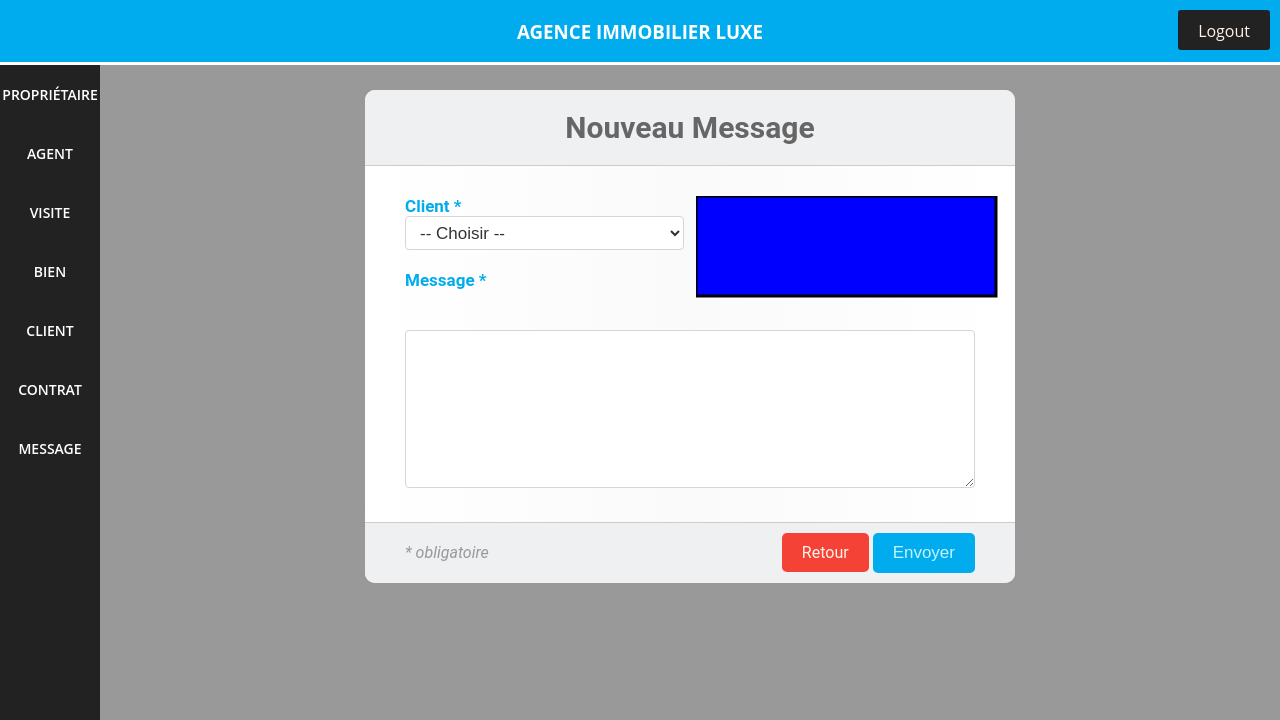
Repository: hassen-mnejja/Real_Estate_Agency_Website
Page: http://localhost/backoffice/WEB-INF/messageecrire.jsp
These files come from the project's save history. The page is drawn as it stood at one moment and after the next save; the edit follows.
The browser window is 1280 px wide. The pictures show the whole page.
Some icons come from a web library that is not loaded, so they are not drawn. The page is served by Tomcat 9. Nobody is signed in. The template is opened directly, without the code that normally fills it, so the values that code supplies are empty.

Above is the page before, as saved 2020-06-24 10:45:20.

After the next save:
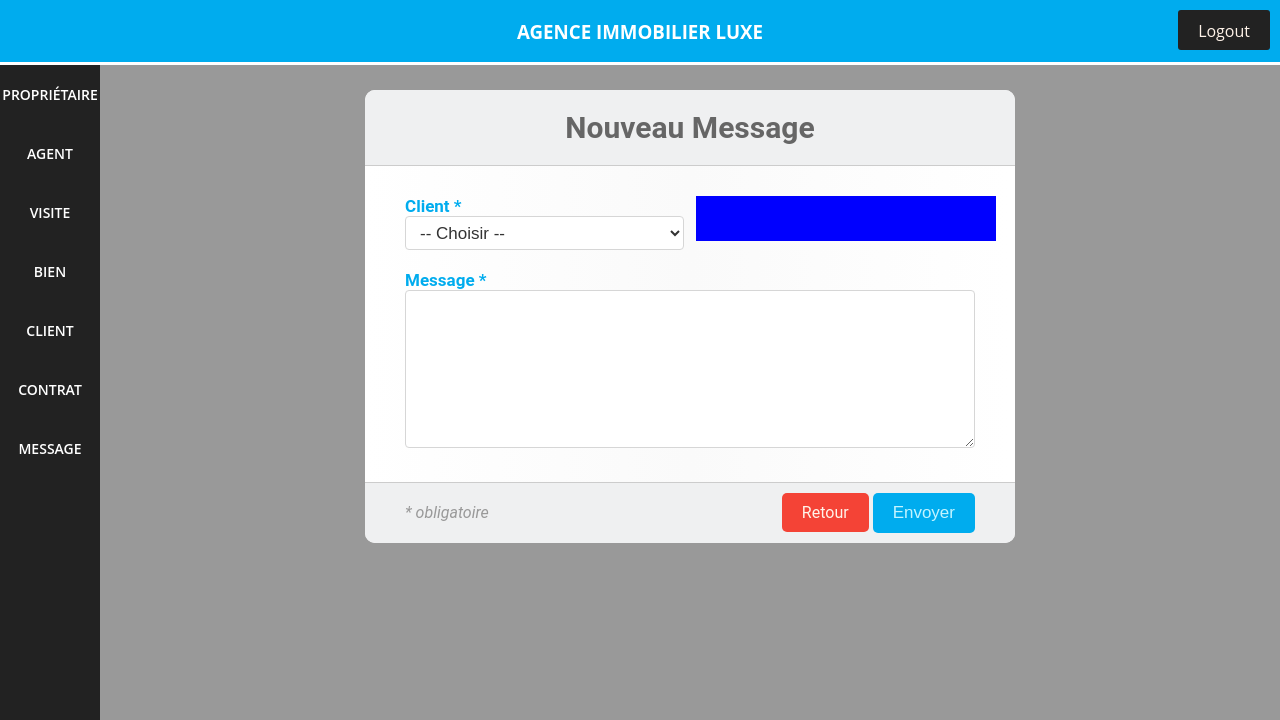
Saved 55 s later.
--- a/backoffice/WebContent/WEB-INF/messageecrire.jsp
+++ b/backoffice/WebContent/WEB-INF/messageecrire.jsp
@@ -52,8 +52,8 @@ a.log {
 						</select>
 					</div>
 					<div class="form-group right">
-						<svg width="400" height="110">
- 							 <rect width="300" height="100" style="fill:rgb(0,0,255);stroke-width:3;stroke:rgb(0,0,0)" />
+						<svg width="400" height="50">
+ 							 <rect width="300" height="45" style="fill:rgb(0,0,255)" />
 						</svg>
 					</div>
 				</div>
